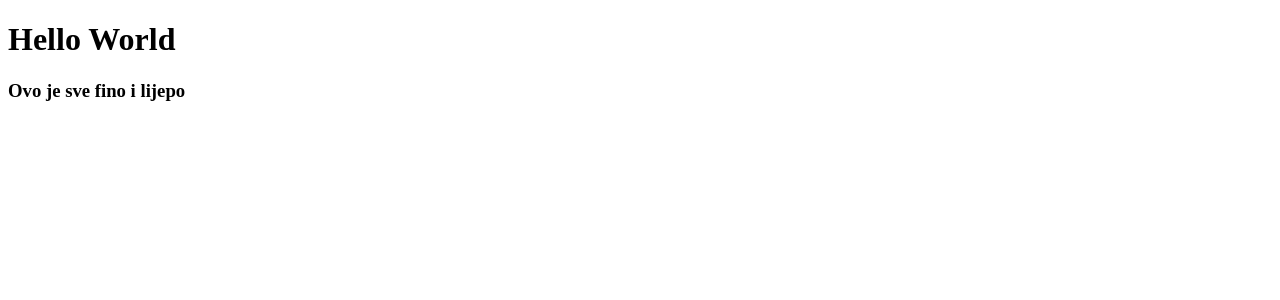
Repository: SemirSahman/Month2
Page: W11D03/public/about.html
An editor plug-in stored every save of this project. The page is shown before and after the next save, followed by the edit.
The browser window is 1280 px wide. The pictures show the whole page.

Above is the page before, as saved 2015-07-29 09:43:34.

After the next save:
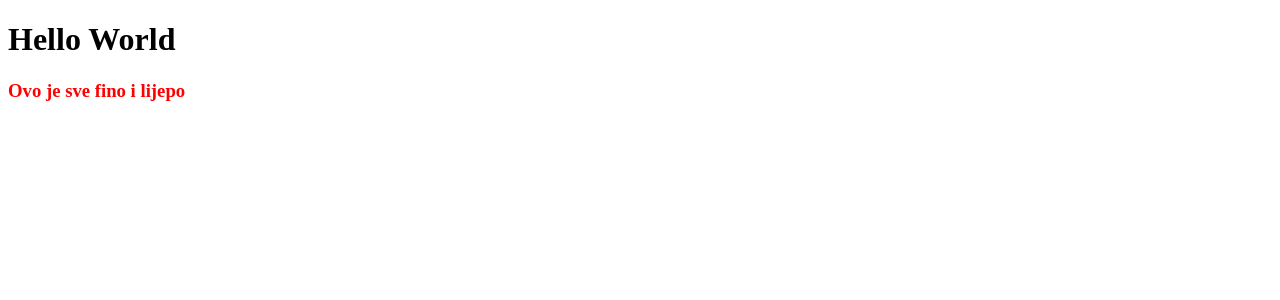
Saved 33 s later.
--- a/W11D03/public/about.html
+++ b/W11D03/public/about.html
@@ -6,7 +6,7 @@
 
 <body>
 <h1>Hello World </h1>
-<h3> <style="color:red"> Ovo je sve fino i lijepo </h3>
+<h3 style="color:red"> Ovo je sve fino i lijepo </h3>
 </body>
 
 </html>
